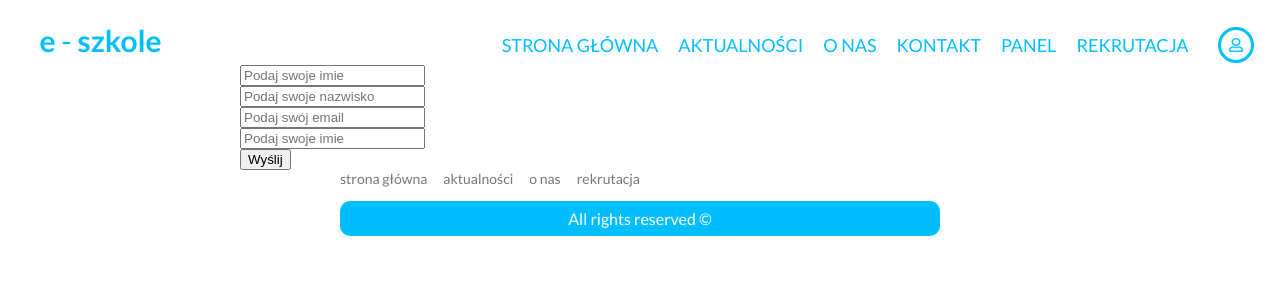
Repository: Votex874/e-szkole
Page: /kontakt (app in app/)
These files come from the project's save history. The page is drawn as it stood at one moment and after the next save; the edit follows.
The browser window is 1280 px wide. The pictures show the whole page.
The project was rebuilt for these pictures with package versions that can differ from the ones it lists, and the page was loaded fresh each time. Also part of the build but not shown: app/src/components/News/Title/index.js, app/src/components/News/Content/index.js, app/src/components/News/Avatar/index.js, app/src/components/News/Footer/index.js, app/src/components/SectionTitle/index.js, app/src/components/News/index.js, app/src/components/AboutUs/Content/index.js, app/src/components/AboutUs/index.js and 21 more.

Above is the page before, as saved 2019-03-11 09:31:14.

### app/src/index.js
import React from 'react';
import ReactDOM from 'react-dom';
import App from './App';
import * as serviceWorker from './serviceWorker';
import { createStore } from 'redux';
import { Provider } from 'react-redux';
import rootReducer from './reducers/rootReducer'

const store = createStore(rootReducer);

ReactDOM.render(<Provider store={store}><App /></Provider>, document.getElementById('root'));

// If you want your app to work offline and load faster, you can change
// unregister() to register() below. Note this comes with some pitfalls.
// Learn more about service workers: http://bit.ly/CRA-PWA
serviceWorker.unregister();

### app/src/App.js
import React, { Component } from 'react';
import { Route, BrowserRouter, Switch } from 'react-router-dom'
import './reset.scss'

import Home from './containers/Home/index'
import Login from './containers/Login/index'
import Contact from './containers/Contact/index'
import News from './containers/News/index'
import About from './containers/About/index'
import Recruitment from './containers/Recruitment/index'

class App extends Component {
  render() {
    return (
      <BrowserRouter>
        <Switch>
          <Route exact path='/' component={Home} />
          <Route path='/login' component={Login} />
          <Route path='/kontakt' component={Contact} />
          <Route path='/blog' component={News} />
          <Route path='/o-nas' component={About} />
          <Route path='/rekrutacja' component={Recruitment} />
        </Switch>
      </BrowserRouter>
    );
  }
}

export default App;

### app/src/reset.scss
html, body, div, span, applet, object, iframe,
h1, h2, h3, h4, h5, h6, p, blockquote, pre,
a, abbr, acronym, address, big, cite, code,
del, dfn, em, img, ins, kbd, q, s, samp,
small, strike, strong, sub, sup, tt, var,
b, u, i, center,
dl, dt, dd, ol, ul, li,
fieldset, form, label, legend,
table, caption, tbody, tfoot, thead, tr, th, td,
article, aside, canvas, details, embed,
figure, figcaption, footer, header, hgroup,
menu, nav, output, ruby, section, summary,
time, mark, audio, video {
	margin: 0;
	padding: 0;
	border: 0;
	font-size: 100%;
	font: inherit;
	vertical-align: baseline;
}
/* HTML5 display-role reset for older browsers */
article, aside, details, figcaption, figure,
footer, header, hgroup, menu, nav, section {
	display: block;
}
body {
	line-height: 1;
}
ol, ul {
	list-style: none;
}
blockquote, q {
	quotes: none;
}
blockquote:before, blockquote:after,
q:before, q:after {
	content: '';
	content: none;
}
table {
	border-collapse: collapse;
	border-spacing: 0;
}
@import url('https://fonts.googleapis.com/css?family=Lato:300,300i,400,400i,700&amp;subset=latin-ext');

 body {
	font-family: 'Lato', sans-serif;
 }

 a{
	 text-decoration: none;
 }

### app/src/containers/Contact/index.js
import React, { Component } from 'react'

import HeaderMain from '../../components/HeaderMain/index';
import Footer from '../../components/Footer/index'
import Form from '../../components/Form/index'

class Contact extends Component {
  render(){
    return (
      <React.Fragment>
        <HeaderMain />
        <Form />
        <Footer />
      </React.Fragment>
    )
  }
}

export default Contact

### app/src/components/HeaderMain/index.js
import React, { Component } from 'react';
import styled from 'styled-components'
import Logo from '../Logo/index'
import Navigation from '../Nav/index'
import Hamburger from '../Hamburger/index'

const Header = styled.header`
 max-width: 1400px;
 height: 100px;
 margin: 0 auto;
 display: flex;
 justify-content: space-between;
 align-items: center;
 box-sizing: border-box;
 margin-top: 15px;
 @media (max-width: 1400px){
   width: 96%;
   height: 50px;
   align-items: center;
 }
`

class HeaderMain extends Component {
  constructor(props){
    super(props)

    this.state = {
      width: 0
    }
  }

  componentDidMount = () => {
    this.updateWindowDimensions();
    window.addEventListener('resize', this.updateWindowDimensions);
  }

  componentWillUnmount = () => {
    window.removeEventListener('resize', this.updateWindowDimensions);
  }

  updateWindowDimensions = () => {
    this.setState({ width: window.innerWidth });
  }

  render() {
    const { width } = this.state;
    return (
      <Header>
        <Logo />
        { width <= 767 ? <Hamburger /> : <Navigation /> }
      </Header>
    );
  }
}

export default HeaderMain;

### app/src/components/Footer/index.js
import React, { Component } from 'react'
import styled from 'styled-components'
import FooterNav from './FooterNav/index'
import { lightBlue } from '../../constColors'

const FooterContainer = styled.footer`
  width: 600px;
  margin: 0 auto;
  @media (max-width: 767px){
    width: 100%;
  }
`

const FooterBanner = styled.div`
  background-color: ${lightBlue};
  display: flex;
  justify-content: center;
  align-items: center;
  color: #fff;
  margin: 15px auto;
  height: 35px;
  border-radius: 10px;
  @media (max-width: 767px){
    width: 100%;
    border-radius: 0;
  }
`

class Footer extends Component {
  render(){
    return (
      <FooterContainer>
        <FooterNav />
        <FooterBanner>All rights reserved &copy; </FooterBanner>
      </FooterContainer>
    )
  }
}


export default Footer

### app/src/components/Form/index.js
import React, { Component } from 'react'
import styled from 'styled-components'

import Input from './Input/index'

const FormContainer = styled.form`
  display: flex;
  flex-direction: column;
  width: 800px;
  margin: 0 auto;
`

class Form extends Component{
  constructor(props){
    super(props)

    this.state = {
      name: '',
      formFields: [
        {
          name: 'name',
          type: 'text',
          value: '',
          placeholder: 'Podaj swoje imie',
          onChange: this.handleChangeName
        },
        {
          name: 'surname',
          type: 'text',
          value: '',
          placeholder: 'Podaj swoje nazwisko',
          onChange: this.handleChangeSurName
        },
        {
          name: 'email',
          type: 'email',
          value: '',
          placeholder: 'Podaj swój email',
          onChange: this.handleChangeEmail
        }
      ]
    }
  }

  handleChange = e => {
    this.setState({ [e.target.name]: e.target.value })
  }

  render(){
    const { formFields, name } = this.state
    return (
      <FormContainer>
        {formFields.map((e, i) => {
          return <Input
            type={e.type}
            value={e.value}
            data={i}
            name={e.type}
            onChange={e.onChange}
            placeholder={e.placeholder}
            key={i}
          />
        })}
        <Input name="name" type="text" value={name} placeholder='Podaj swoje imie' onChange={this.handleChange}/>
        <Input type="submit" value="Wyślij" />
      </FormContainer>
    )
  }
}

export default Form

### app/src/components/Logo/index.js
import React, { Component } from 'react';
import styled from 'styled-components'
import { shineOnHover, lightBlue } from '../../constColors'
import { Link } from 'react-router-dom'

const Alink = styled.span`
  display: flex;
  flex-direction: column;
  justify-content: center;
  align-items: center;
  width: 225px;
  padding: 0 10px;
  text-decoration: none;
  font-size: 50px;
  @media (max-width: 767px) {
    width: 150px;
    height: auto;
    font-size: 28px;
    align-items: flex-start;
    justify-content: flex-start;
    padding: 0;
  }
  @media (min-width: 768px) and (max-width: 1400px) {
    width: 150px;
    font-size: 30px;
    padding: 0;
  }
  @media (min-width: 1401px){
    ${shineOnHover}
  }
`
const Span = styled.h1`
  color: ${lightBlue};
  transition: .2s;
`
const Bold = styled.b`
  font-weight: bold;
`

class Logo extends Component {
  constructor(props){
    super(props)

    this.state = {
      logoLink: '/'
    }
  }
  render() {
    const { logoLink } = this.state;
    return (
      <Link to={logoLink}>
        <Alink>
          <Span id='logo' className="logo2"><Bold>e</Bold> - <Bold>szkole</Bold></Span>
        </Alink>
      </Link>
    );
  }
}

export default Logo;

### app/src/components/Nav/index.js
import React, { Component } from 'react';
import { connect } from 'react-redux'
import styled from 'styled-components'
import SingleLink from './Link/index'
import LoginButton from './../LoginButton/index';


const Nav = styled.nav`
  display: flex;
  margin: 10px 20px 0 auto;
  @media (max-width: 767px){
    flex-direction: column;
    margin: 120px 0 0 0;
  }
`

class Navigation extends Component {

  render() {
    const { links } = this.props;
    let listOfLinks = [];
    let i = 0;
    for (const key of Object.keys(links)) {
      // console.log(key, links[key]);
      listOfLinks[i] = <SingleLink data={links[key]} key={key} />
      i++;
    }
    return (
      <React.Fragment>
        <Nav>
          {listOfLinks}
        </Nav>
        <LoginButton />
      </React.Fragment>
    );
  }
}

const mapStateToProps = (state) => {
  return {
    links: state.links
  }
}

export default connect(mapStateToProps)(Navigation);

### app/src/components/Hamburger/index.js
import React, { Component } from 'react';
import styled from 'styled-components'
import hamburgerImg from '../../images/icons/hamburger.png'
import times from '../../images/icons/times.png'
import Navigation from '../Nav/index'

const Hamburger = styled.div`
  width: 40px;
  height: 40px;
`

const HamburgerImg = styled.img`
  width: 100%;
  height: 100%;
  opacity: 1;
  transition: .4s;
  position: relative;
  z-index: 10;
`

const MobileContainer = styled.div`
  position: absolute;
  display: flex;
  flex-direction: column-reverse;
  top: 0;
  left: 0;
  width: 100vw;
  height: 100vh;
  background-color: #fff;
  opacity: .9;
  z-index: 1;
  transition: .3s;
`

class Hambuger extends Component {
  constructor(props){
    super(props)

    this.body = document.querySelector('body');

    this.state = {
      imgAlt: 'hamburgerMenuIcon',
      imgSrc: hamburgerImg,
      fade: 1,
      displayMobile: 'none'
    }
  }

  handleHamburger = () => {
    const { imgSrc } = this.state;
    setTimeout( () => {
      if (imgSrc !== hamburgerImg) {
        this.body.style.overflow = "auto";
        this.setState({
          imgSrc: hamburgerImg,
          displayMobile: 'none',
          fade: 1
        })
      } else {
        this.body.style.overflow = "hidden";
        this.setState({
          imgSrc: times,
          displayMobile: 'block',
          fade: 1
        })
      }
    }, 400)
    this.setState({
      fade: 0
    })
  }

  render() {
    const { imgAlt, imgSrc, fade, displayMobile } = this.state
    return (
      <Hamburger>
        <HamburgerImg style={{opacity: fade}} src={imgSrc} alt={imgAlt} onClick={this.handleHamburger}/>
        <MobileContainer style={{display: displayMobile}}>
          <Navigation />
        </MobileContainer>
      </Hamburger>
    );
  }
}


export default Hambuger;

### app/src/components/Footer/FooterNav/index.js
import React, { Component } from 'react'
import styled from 'styled-components'
import NavLink from './NavLink/index'
import { connect } from 'react-redux'

const NavContainer = styled.nav`
  display: flex;
  justify-content: space-between;
  width: 50%;
  @media (max-width: 767px){
    width: 90%;
    margin: 0 auto;
  }
`

class FooterNav extends Component {
  constructor(props){
    super(props)

    this.state = {
      nav: []
    }
  }
  componentDidMount = () => {
    const { links } = this.props
    let listOfNavs = [];
    let i = 0;
    for (const key of Object.keys(links)) {
      if(links[key].basic === 'true'){
        listOfNavs[i] =
          <NavLink name={links[key].name} url={links[key].url} key={key} />
        i++;
      }
    }
    this.setState({
      nav: listOfNavs
    })
  }

  render(){
    const { nav } = this.state;
    return(
      <NavContainer>
        {nav}
      </NavContainer>
    )
  }
}

const mapStateToProps = (state) => {
  return {
    links: state.links
  }
}

export default connect(mapStateToProps)(FooterNav);

### app/src/constColors.js
const brown = '#BF5000';
const greenDark = '#008723';
const greenLight = '#34BD56';
const lightBlue = '#00BEFF';
const turquoise = '#fff';
const darkBlue = '#0057AE';

const shineOnHover = `
position: relative;
    overflow: hidden;
    display: inline-block;
    border-radius: 5px;
    text-align: center;
    line-height: 50px;

  &:after {
    content: "";
    position: absolute;
    top: -110%;
    left: -210%;
    width: 200%;
    height: 200%;
    opacity: 0;
    /* transform: rotate(30deg); */

    background: rgba(0, 190, 255, 0.13);
    background: linear-gradient(
      to right,
      rgba(0, 190, 255, 0.13) 0%,
      rgba(0, 190, 255, 0.13) 77%,
      rgba(0, 190, 255, 0.5) 92%,
      rgba(0, 190, 255, 0.0) 100%
    );
  }

  &:hover:after {
    opacity: 1;
    top: -30%;
    left: -30%;
    transition-property: left, top, opacity;
    transition-duration: 0.7s, 0.7s, 0.15s;
    transition-timing-function: ease;
  }


  &:active:after {
    opacity: 0;
  }
`

export { brown, greenLight, greenDark, lightBlue, shineOnHover, turquoise, darkBlue }

### app/src/components/Form/Input/index.js
import React, { Component } from 'react'
import styled from 'styled-components'

const LabelElement = styled.label`

`

const InputElement = styled.input`

`

class Input extends Component {
  render() {
    const { type, name, value, placeholder, onChange } = this.props
    return (
      <LabelElement>
        <InputElement type={type} name={name} onChange={onChange} value={value} placeholder={placeholder} />
      </LabelElement>
    )
  }
}

export default Input

### app/src/components/Nav/Link/index.js
import React from 'react';
import styled from 'styled-components'
import { shineOnHover, lightBlue } from '../../../constColors'
import { Link } from 'react-router-dom'

const Alink = styled.span`
  text-decoration: none;
  color: ${lightBlue};
  margin: 10px 0;
  padding: 0 12px;
  font-size: 20px;
  text-transform: uppercase;
  text-align: center;

  @media (max-width: 767px){
    font-size: 24px;
    display: flex;
    justify-content: center;
    align-items: center;
  }
  @media (min-width: 768px) and (max-width: 1050px){
    font-size: 14px;
    margin: 10px 0;
    padding: 4px;
  }
  @media (min-width: 1051px) and (max-width: 1400px){
    font-size: 18px;
    margin: 10px 0;
    padding: 0 10px;
  }
  @media (min-width: 1401px){
    ${shineOnHover}
}
`

const SingleLink = ({ data }) => {
  const handleClick = () => {
    document.querySelector('body').style.overflow = "auto";
  }
  return (
    <Link onClick={handleClick} to={data.url}>
      <Alink>
        {data.name}
      </Alink>
    </Link>
  )
}

export default SingleLink;

### app/src/components/LoginButton/index.js
import React, { Component } from 'react';
import styled from 'styled-components'
import imgUser from '../../images/icons/loginUser.png'
import { shineOnHover, lightBlue } from '../../constColors'
import { Link } from 'react-router-dom'

const ButtonAlink = styled.span`
  width: 160px;
  height: 30px;
  font-size: 14px;
  text-transform: uppercase;
  font-weight: bold;
  text-decoration: none;
  display: flex;
  justify-content: center;
  align-items: center;
  border-radius: 20px;
  border: 3px solid ${lightBlue};
  margin-top: 10px;
  @media (max-width: 767px){
    position: absolute;
    top: 15px;
    left: 10px;
    width: 220px;
    height: 40px;
    font-size: 24px;
  }
  @media (min-width: 768px) and (max-width: 1400px){
    width: 30px;
  }
  @media (min-width: 1401px){
    ${shineOnHover}
    border-radius: 20px;
    line-height: normal;
    display: flex;
  }
`

const IconImg = styled.img`
  background-position: center;
  background-size: cover;
  background-repeat: no-repeat;
  margin-left: 15px;
  width: 14px;
  height: 14px;
  @media (max-width: 767px){
    width: 26px;
    height: 26px;
  }
  @media (min-width: 768px) and (max-width: 1400px){
    margin-left: 0;
  }
`
const SpanText = styled.span`
  color: ${lightBlue};
  @media (min-width: 768px) and (max-width: 1400px){
    display: none;
  }
`

class LoginButton extends Component {
  constructor(props){
    super(props)

    this.state = {
      loginLink: '/login'
    }
  }

  handleEnableScroll = () => {
    document.querySelector('body').style.overflow = "auto";
  }

  render() {
    const { loginLink } = this.state;
    return (
      <Link onClick={this.handleEnableScroll} to={loginLink} >
        <ButtonAlink>
          <SpanText>zaloguj się</SpanText>
          <IconImg src={imgUser} />
        </ButtonAlink>
      </Link>
    );
  }
}

export default LoginButton;

### app/src/components/Footer/FooterNav/NavLink/index.js
import React from 'react'
import styled from 'styled-components'
import { Link } from 'react-router-dom'

const Alink = styled.span`
  text-decoration: none;
  font-size: 14px;
  color: #777;
  @media (max-width: 767px){
    font-size: 12px;
  }
  @media (min-width: 768px) and (max-width: 1400px){
    font-size: 14px;
  }
`


const NavLink = ({ name, url }) => {
  return (
    <Link to={url}>
      <Alink>{name}</Alink>
    </Link>
  )
}

export default NavLink

Loaded but not shown: app/public/index.html (common file); app/src/serviceWorker.js (common file); app/src/reducers/rootReducer.js (169 lines, source omitted)

After the next save:
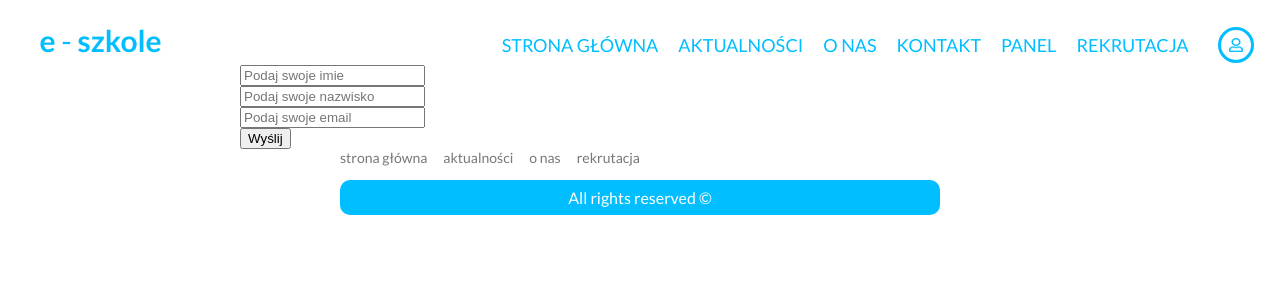
Saved 5 min 9 s later.
--- a/app/src/components/Form/index.js
+++ b/app/src/components/Form/index.js
@@ -16,6 +16,9 @@ class Form extends Component{
 
     this.state = {
       name: '',
+      surname: '',
+      email: '',
+      textarea: '',
       formFields: [
         {
           name: 'name',
@@ -47,21 +50,22 @@ class Form extends Component{
   }
 
   render(){
-    const { formFields, name } = this.state
+    const { name } = this.state
     return (
       <FormContainer>
-        {formFields.map((e, i) => {
-          return <Input
-            type={e.type}
-            value={e.value}
-            data={i}
-            name={e.type}
-            onChange={e.onChange}
-            placeholder={e.placeholder}
-            key={i}
-          />
-        })}
-        <Input name="name" type="text" value={name} placeholder='Podaj swoje imie' onChange={this.handleChange}/>
+        <Input name="name" type="text" placeholder='Podaj swoje imie'
+          onChange={this.handleChange}
+          value={name} />
+
+        <Input name="surname" type="text" placeholder='Podaj swoje nazwisko'
+          onChange={this.handleChange}
+          value={name} />
+
+        <Input name="email" type="email" placeholder='Podaj swoje email'
+          onChange={this.handleChange}
+          value={name} />
+
+
         <Input type="submit" value="Wyślij" />
       </FormContainer>
     )
